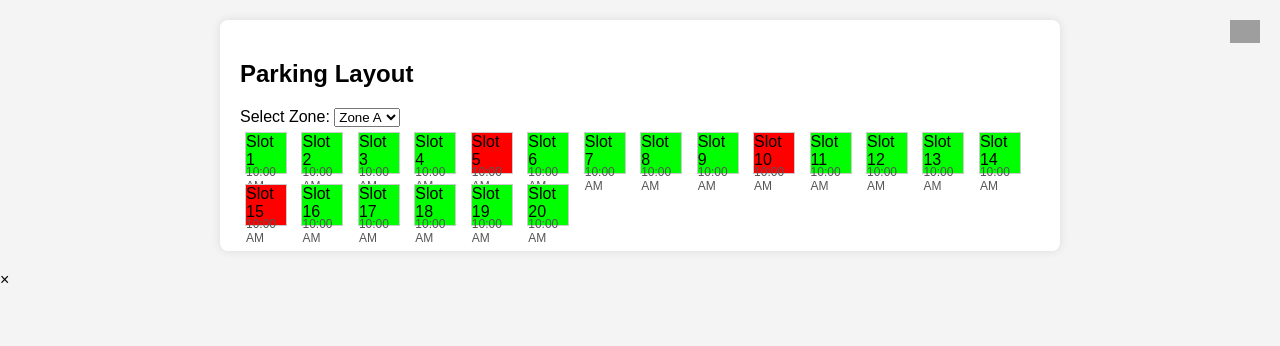
Repository: suryavishakan/parking_management
Page: http://localhost/slots
The author's editor kept a copy of each file at every save. The page is drawn from the files as they stood at one save, then again after the next save.
The browser window is 1280 px wide. The pictures show the whole page.
Pictures or frames that could not be fetched are drawn as grey boxes. The page is served by the project's application, run on Flask 3 (app.py).

Above is the page before, as saved 2024-04-21 16:20:23.

After the next save:
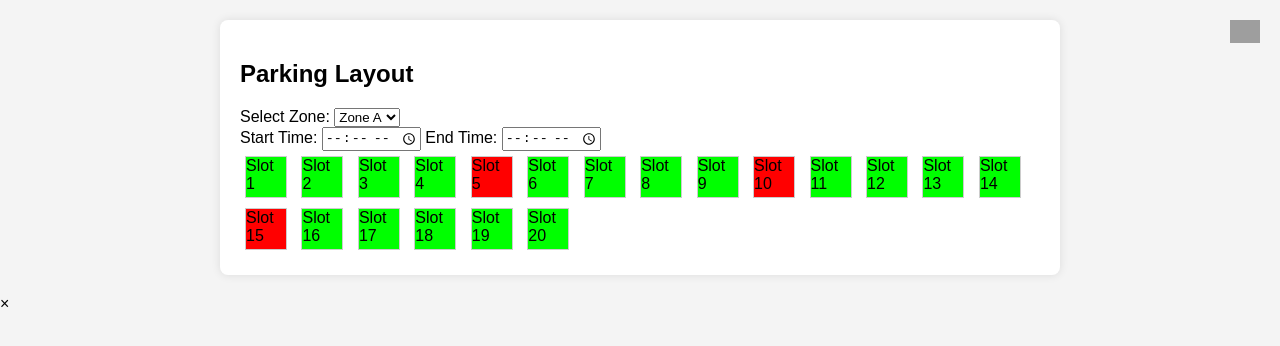
Saved 15 min 9 s later.
--- a/templates/slots.html
+++ b/templates/slots.html
@@ -58,6 +58,13 @@
                 <option value="C">Zone C</option>
             </select>
         </div>
+        <!-- Buttons to select start and end times -->
+        <div>
+            <label for="startTime">Start Time:</label>
+            <input type="time" id="startTime">
+            <label for="endTime">End Time:</label>
+            <input type="time" id="endTime">
+        </div>
         <div class="slots">
             <!-- Generate parking slots dynamically -->
             <!-- For demonstration purposes, let's assume slots 5, 10, and 15 are booked -->
@@ -65,7 +72,6 @@
             {% for slot in range(1, 21) %}
                 <div class="slot {% if slot in [5, 10, 15] %}booked{% endif %}">
                     Slot {{ slot }}
-                    <div class="time">10:00 AM</div> <!-- Change this with actual time from backend -->
                 </div>
             {% endfor %}
         </div>
@@ -85,7 +91,6 @@
     </div>
 
     <script>
-
         // Function to fetch and display user details
         function getUserDetails() {
             fetch('/user-details') // Assuming this route fetches user details from backend
